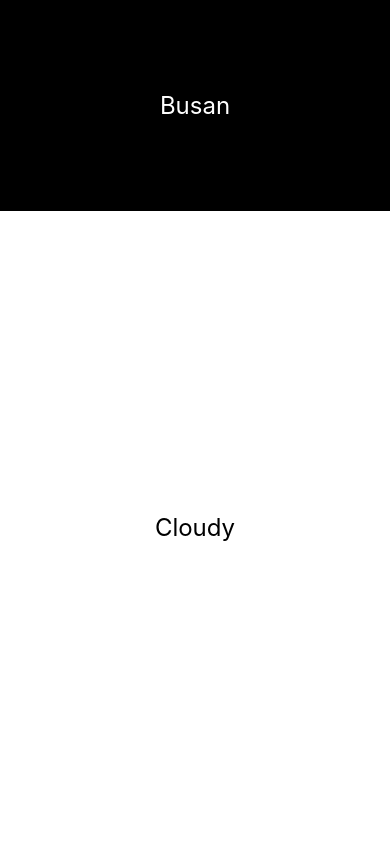
Repository: NewTurn2017/React-Native-Weather-App
Screen: /
The author's editor kept a copy of each file at every save. The screen is drawn from the files as they stood at one save, then again after the next save.
The app was drawn by React Native's web renderer in a window 390 px wide. The project was rebuilt for these pictures with package versions that can differ from the ones it lists, and the page was loaded fresh each time.

Above is the screen before, as saved 2023-04-21 10:47:29.

After the next save:
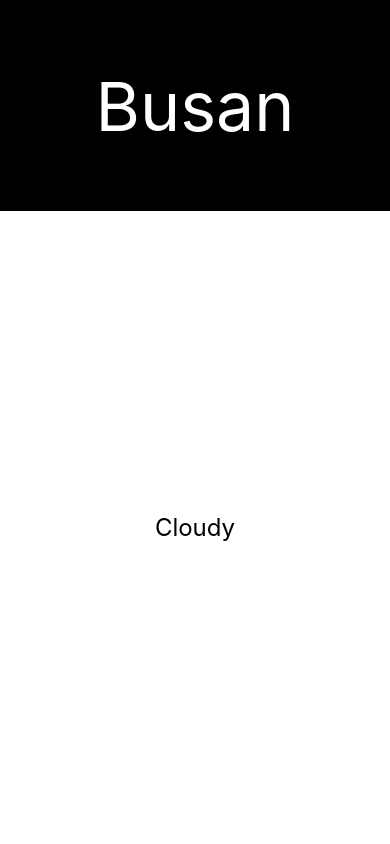
Saved 45 s later.
--- a/App.js
+++ b/App.js
@@ -28,7 +28,7 @@ const styles = StyleSheet.create({
   },
   cityText: {
     color: 'white',
-    fontSize: 24,
+    fontSize: 68,
   },
   weather: {
     flex: 3,
